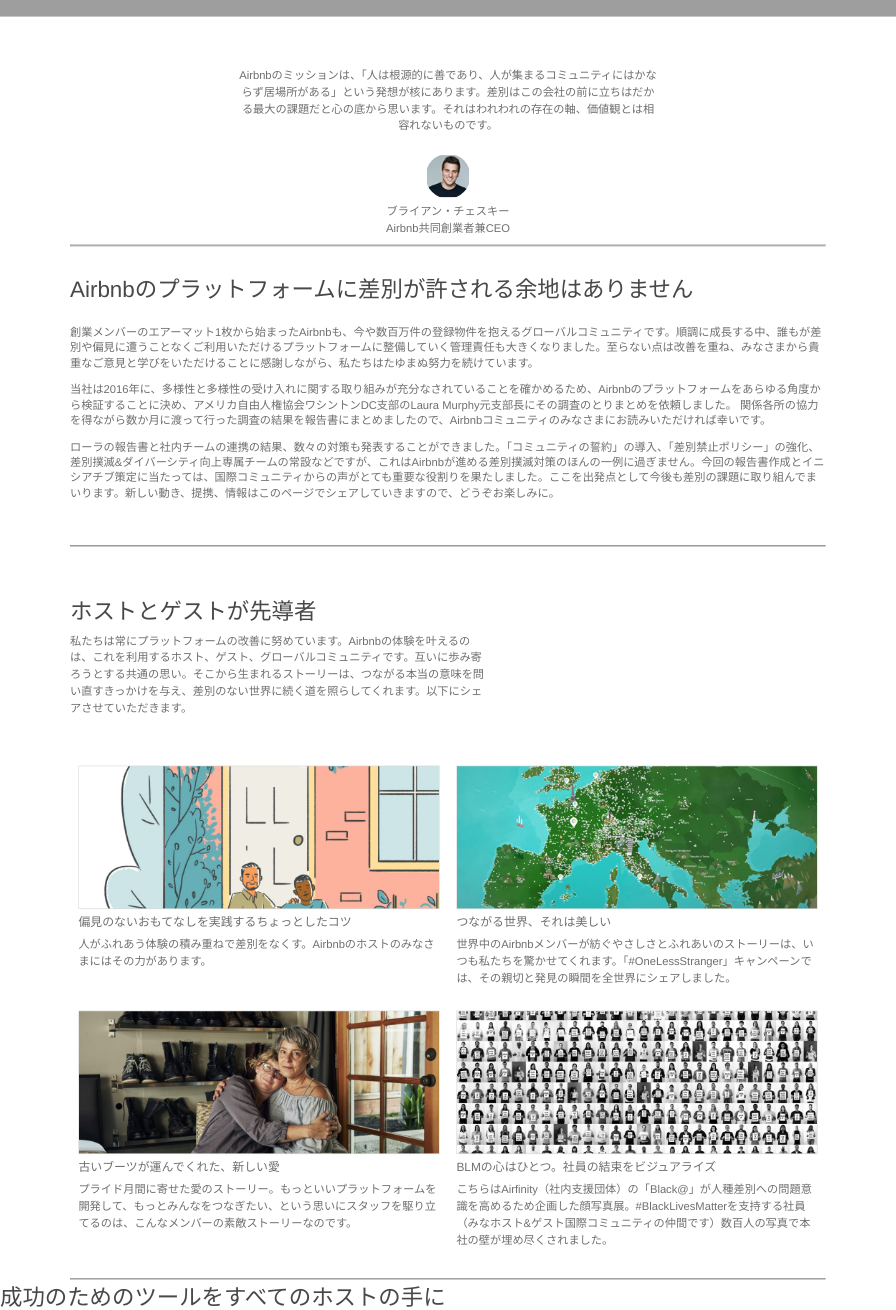
Repository: Ryoma-tech/20200622_htmlcss01
Page: index.html
These files come from the project's save history. The page is drawn as it stood at one moment and after the next save; the edit follows.
The browser window is 1280 px wide. The pictures show the part of the page from y = 624 to 2544 px (the page is 2496 px tall before and 2544 px after), at 70% of full size.
Pictures or frames that could not be fetched are drawn as grey boxes.

Above is the page before, as saved 2020-06-24 10:59:14.

### index.html
<!DOCTYPE html>
<html lang="en">

<head>
    <meta charset="UTF-8">
    <meta name="viewport" content="width=device-width, initial-scale=1.0">
    <title>Document</title>
    <link rel="stylesheet" href="style.css">
</head>

<body>
    <header>
        <h1><img src="images/Vector.png" alt=""></h1>
        <div class="topSearchBar">
            <img src="images/Frame.png" height="18" width="18" class="searchBarIcon"></img>
            <input type="text" placeholder="探す">
        </div>
        <nav>
            <ul>
                <li>
                    <a href=""><img src="images/Frame (1).png" alt="" height="12" width="12" class="jpIcon"> 日本語(JP)</a>
                </li>
                <li><a href="">¥ JPY</a></li>
                <li><a href="">ホストをはじめる</a></li>
                <li><a href="">ヘルプ</a></li>
                <li><a href="">登録する</a></li>
                <li><a href="">ログイン</a></li>
            </ul>
        </nav>
    </header>
    <main>
        <div class="topWrapper">
            <div class="topMessage">
                <h1>多様な国際コミュニティが、<br>Airbnbを生かす</h1>
                <p>あらゆるホストとゲストを受け容れるプラットフォームを築くことが、Airbnbの一番大きな目標です。私たちは常に改善を続けていきます。</p>
            </div>
        </div>
        <article>
            <section>
                <div class="container">
                    <div class="section1">
                        <div class="desc1">
                            <p>Airbnbのミッションは、「人は根源的に善であり、人が集まるコミュニティにはかならず居場所がある」という発想が核にあります。差別はこの会社の前に立ちはだかる最大の課題だと心の底から思います。それはわれわれの存在の軸、価値観とは相容れないものです。
                            </p>
                        </div>
                        <div class="ceoProfile">
                            <img src="/images/Rectangle (1).png" alt="">
                            <p>ブライアン・チェスキー</p>
                            <p>Airbnb共同創業者兼CEO</p>
                        </div>
                    </div>
                    <hr>
                </div>
            </section>
            <section>
                <div class="container">
                    <div class="section2">
                        <h2>Airbnbのプラットフォームに差別が許される余地はありません</h2>
                        <p>創業メンバーのエアーマット1枚から始まったAirbnbも、今や数百万件の登録物件を抱えるグローバルコミュニティです。順調に成長する中、誰もが差別や偏見に遭うことなくご利用いただけるプラットフォームに整備していく管理責任も大きくなりました。至らない点は改善を重ね、みなさまから貴重なご意見と学びをいただけることに感謝しながら、私たちはたゆまぬ努力を続けています。</p>
                        <p>当社は2016年に、多様性と多様性の受け入れに関する取り組みが充分なされていることを確かめるため、Airbnbのプラットフォームをあらゆる角度から検証することに決め、アメリカ自由人権協会ワシントンDC支部のLaura Murphy元支部長にその調査のとりまとめを依頼しました。 関係各所の協力を得ながら数か月に渡って行った調査の結果を報告書にまとめましたので、Airbnbコミュニティのみなさまにお読みいただければ幸いです。</p>
                        <p>ローラの報告書と社内チームの連携の結果、数々の対策も発表することができました。「コミュニティの誓約」の導入、「差別禁止ポリシー」の強化、差別撲滅&ダイバーシティ向上専属チームの常設などですが、これはAirbnbが進める差別撲滅対策のほんの一例に過ぎません。今回の報告書作成とイニシアチブ策定に当たっては、国際コミュニティからの声がとても重要な役割りを果たしました。ここを出発点として今後も差別の課題に取り組んでまいります。新しい動き、提携、情報はこのページでシェアしていきますので、どうぞお楽しみに。</p>
                    </div>
                    <hr>
                </div>
            </section>
            <section>
                <div class="container">
                    <div class="section3">
                        <div class="section3Message">
                            <h2>ホストとゲストが先導者</h2>
                            <p>私たちは常にプラットフォームの改善に努めています。Airbnbの体験を叶えるのは、これを利用するホスト、ゲスト、グローバルコミュニティです。互いに歩み寄ろうとする共通の思い。そこから生まれるストーリーは、つながる本当の意味を問い直すきっかけを与え、差別のない世界に続く道を照らしてくれます。以下にシェアさせていただきます。</p>
                        </div>
                        <div class="flexContainer">
                            <div class="item">
                                <img src="/images/Rectangle (2).png" alt="">
                                <h3>偏見のないおもてなしを実践するちょっとしたコツ</h3>
                                <p>人がふれあう体験の積み重ねで差別をなくす。Airbnbのホストのみなさまにはその力があります。</p>
                            </div>
                            <div class="item">
                                <img src="/images/Rectangle (3).png" alt="">
                                <h3>つながる世界、それは美しい</h3>
                                <p>世界中のAirbnbメンバーが紡ぐやさしさとふれあいのストーリーは、いつも私たちを驚かせてくれます。「#OneLessStranger」キャンペーンでは、その親切と発見の瞬間を全世界にシェアしました。</p>
                            </div>
                            <div class="item">
                                <img src="/images/Rectangle (4).png" alt="">
                                <h3>古いブーツが運んでくれた、新しい愛</h3>
                                <p>プライド月間に寄せた愛のストーリー。もっといいプラットフォームを開発して、もっとみんなをつなぎたい、という思いにスタッフを駆り立てるのは、こんなメンバーの素敵ストーリーなのです。</p>
                            </div>
                            <div class="item">
                                <img src="/images/Rectangle (5).png" alt="">
                                <h3>BLMの心はひとつ。社員の結束をビジュアライズ</h3>
                                <p>こちらはAirfinity（社内支援団体）の「Black@」が人種差別への問題意識を高めるため企画した顔写真展。#BlackLivesMatterを支持する社員（みなホスト&ゲスト国際コミュニティの仲間です）数百人の写真で本社の壁が埋め尽くされました。</p>
                            </div>
                        </div>
                    </div>
                    <hr>
                </div>
            </section>
            <section>
                <div class="section4">
                    <div class="conainer">
                        <h2>成功のためのツールをすべてのホストの手に</h2>
                    </div>
                </div>
            </section>
        </article>
    </main>
</body>

</html>

### style.css
html,
body,
div,
span,
object,
iframe,
h1,
h2,
h3,
h4,
h5,
h6,
p,
blockquote,
pre,
abbr,
address,
cite,
code,
del,
dfn,
em,
img,
ins,
kbd,
q,
samp,
small,
strong,
sub,
sup,
var,
b,
i,
dl,
dt,
dd,
ol,
ul,
li,
fieldset,
form,
label,
legend,
table,
caption,
tbody,
tfoot,
thead,
tr,
th,
td,
article,
aside,
canvas,
details,
figcaption,
figure,
footer,
header,
hgroup,
menu,
nav,
section,
summary,
time,
mark,
audio,
video {
    margin: 0;
    font-family: Helvetica Neue;
}

* {
    box-sizing: border-box;
}

li {
    list-style: none;
}

a {
    text-decoration: none;
    color: black;
}

h2 {
    font-size: 32px;
    font-style: normal;
    font-weight: normal;
    line-height: 36px;
    color: #484848;
}

h3 {
    font-style: normal;
    font-weight: normal;
    font-size: 17px;
}

.container {
    max-width: 1080px;
    margin: 0 auto;
}

header {
    display: flex;
    justify-content: space-between;
    align-items: center;
    height: 80px;
}

p {
    color: #706f6f;
    font-size: 16px;
}

header>h1>img {
    height: 34px;
    width: 34px;
    margin: 23px;
}

header>h1 {
    margin-right: auto;
}

.topSearchBar input {
    border: none;
}

.topSearchBar input:focus {
    outline: none;
}

.topSearchBar {
    position: absolute;
    left: 100px;
    width: 460px;
    height: 48px;
    left: 80px;
    top: 16px;
    background: #ffffff;
    border: 1px solid #ebebeb;
    box-sizing: border-box;
    box-shadow: 0px 2px 4px rgba(0, 0, 0, 0.1);
    border-radius: 4px;
    transition: all 0.5s;
}

.topSearchBar:hover {
    width: 700px;
    box-shadow: 0px 3px 5px rgba(0, 0, 0, 0.1);
}

.searchBarIcon {
    margin-left: 10px;
    margin-top: 12px;
}

.jpIcon {
    vertical-align: middle;
}

nav>ul {
    display: flex;
}

nav>ul>li {
    margin: 16px;
    border-bottom: 1.5px solid rgba(255, 255, 0, 0);
    font-style: normal;
    font-weight: normal;
    font-size: 13px;
    line-height: 80px;
}

nav>ul>li:hover {
    border-bottom: 1.5px solid #555454;
}

.topWrapper {
    margin-top: 3px;
    width: 100%;
    height: 565px;
    background-image: url(https://a0.muscache.com/airbnb/static/diversity/inclusion/Hero1-df91c6cd36186c72029bfa46a8002a5d.jpg);
}

.topMessage {
    position: relative;
    top: 210px;
    color: #fff;
    margin-left: 220px;
    width: 481px;
}

.topMessage h1 {
    font-style: normal;
    font-weight: normal;
    font-size: 35px;
    letter-spacing: 0.9px;
    color: #ffffff;
}

.topMessage p {
    letter-spacing: -0.2px;
    color: #fff;
}

article {
    margin-top: 70px;
}

.section1 {
    text-align: center;
    color: #706f6f;
    margin-bottom: 14px;
}

.desc1 {
    width: 600px;
    margin: 0 auto;
}

.ceoProfile {
    margin-top: 30px;
}

.ceoProfile img {
    width: 64px;
    height: 64px;
    object-fit: cover;
    border-radius: 50%;
}

hr {
    width: 100%;
    height: 1px;
    background: #484848;
}

.section2 {
    margin-top: 43px;
    margin-bottom: 63px;
}

.section2 h2 {
    font-style: normal;
    font-weight: normal;
    line-height: 36px;
    margin-bottom: 33px;
}

.section2 p {
    margin-bottom: 16px;
    line-height: 22px;
}

.section3 {
    margin-top: 75px;
    color: #706f6f;
}

.section3Message {
    text-align: left;
    width: 55%;
    margin-bottom: 72px;
}

.section3 h2 {
    margin-bottom: 10px;
}

.flexContainer {
    display: flex;
    flex-wrap: wrap;
}

.flexContainer img {
    width: 100%;
}

.flexContainer h3 {
    margin-bottom: 8px;
}

.item {
    max-width: 50%;
    padding: 0 12px 36px;
}

.section4 {
    text-align: left;
}

After the next save:
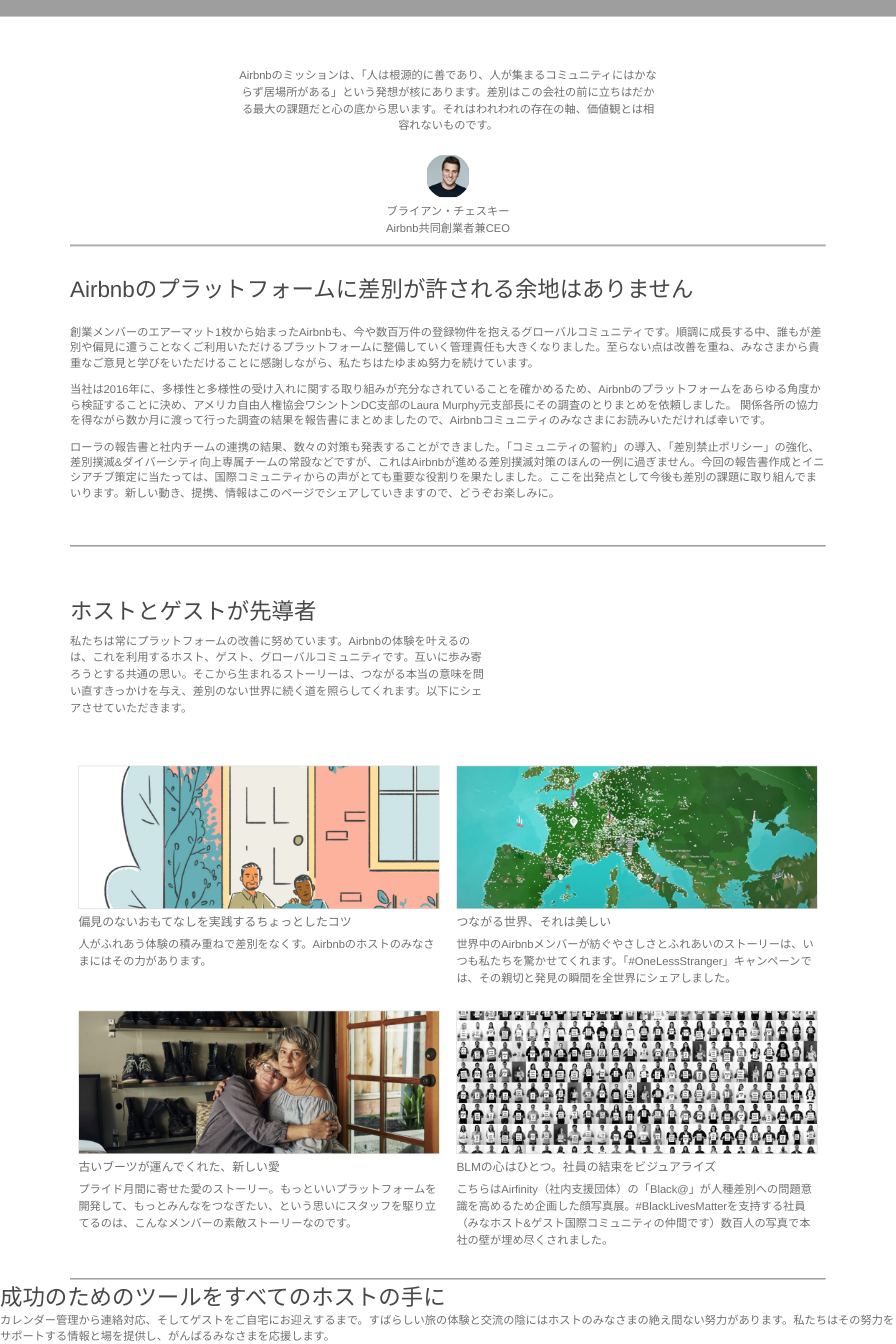
Saved 19 s later.
--- a/index.html
+++ b/index.html
@@ -100,6 +100,7 @@
                 <div class="section4">
                     <div class="conainer">
                         <h2>成功のためのツールをすべてのホストの手に</h2>
+                        <p>カレンダー管理から連絡対応、そしてゲストをご自宅にお迎えするまで。すばらしい旅の体験と交流の陰にはホストのみなさまの絶え間ない努力があります。私たちはその努力をサポートする情報と場を提供し、がんばるみなさまを応援します。</p>
                     </div>
                 </div>
             </section>
